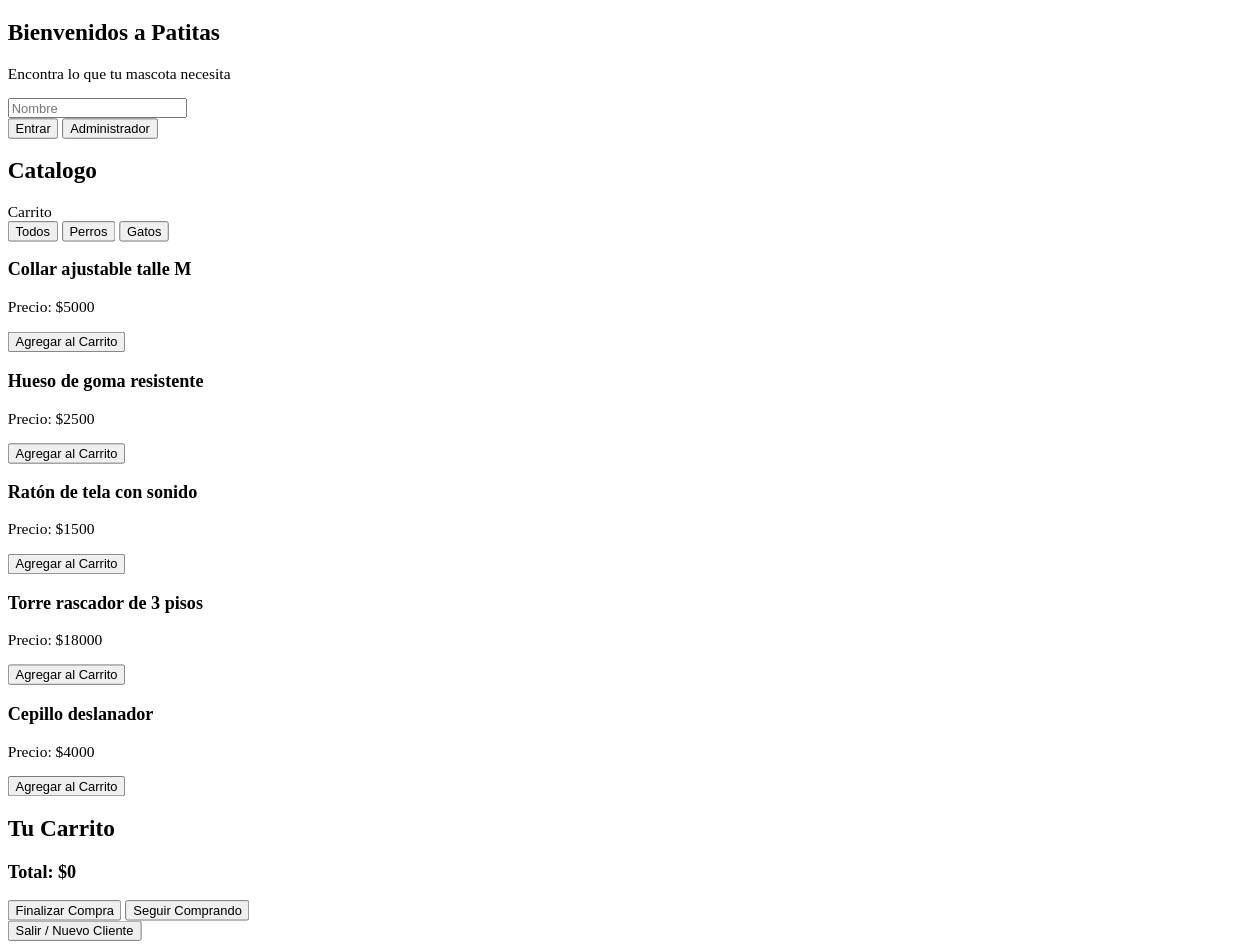
Repository: frank980-0/TP_Integrador_Progra_3
Page: public/index.html
The author's editor kept a copy of each file at every save. The page is drawn from the files as they stood at one save, then again after a run of saves.
The browser window is 1280 px wide. The pictures show the whole page, at 97% of full size.

Above is the page before, as saved 2026-05-30 00:14:23.

After the next 2 saves:
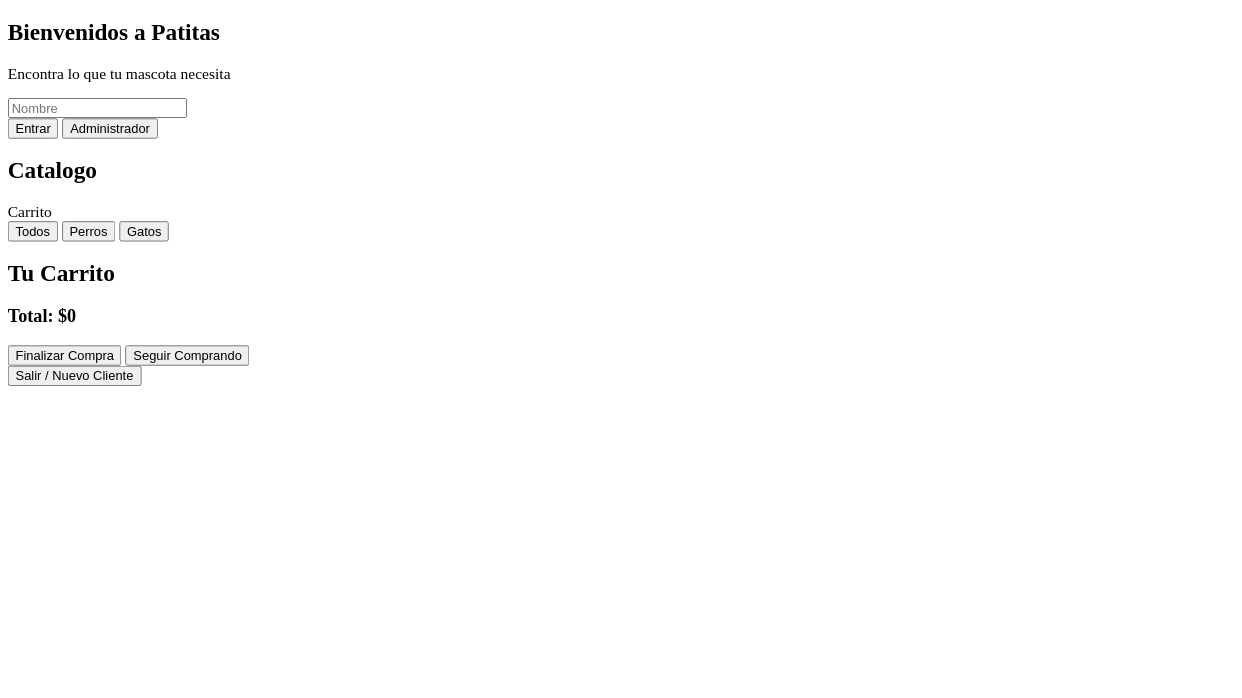
Console error: SyntaxError: Identifier 'mostrarPantalla' has already been declared
The 2 saves are shown as one change because they came seconds apart.
The last was saved 80 s later.
--- a/public/js/main.js
+++ b/public/js/main.js
@@ -2,6 +2,41 @@
 import { renderizarProductos, productosDb } from './pantallaProductos.js';
 import {  } from './pantallaCarrito.js';
 import {  } from './pantallaTicket.js';
+
+// En tu main.js
+
+// 1. Capturamos todas las secciones
+const secciones = {
+  bienvenida: document.getElementById('pantalla-bienvenida'),
+  catalogo: document.getElementById('pantalla-catalogo'),
+  carrito: document.getElementById('pantalla-carrito')
+};
+
+// 2. Función maestra para cambiar pantallas
+export function mostrarPantalla(pantallaDeseada) {
+  // Primero, le ponemos la clase "oculta" a TODAS
+  Object.values(secciones).forEach(seccion => {
+    seccion.classList.add('oculta');
+  });
+
+  // Segundo, se la sacamos SOLO a la que queremos ver
+  secciones[pantallaDeseada].classList.remove('oculta');
+}
+
+// 3. Asignamos los eventos a los botones de navegación
+document.getElementById('btn-entrar').addEventListener('click', () => {
+  // Acá podrías capturar el nombre del input y guardarlo en tu estado global antes de cambiar
+  mostrarPantalla('catalogo');
+});
+
+document.getElementById('btn-ver-carrito').addEventListener('click', () => {
+  mostrarPantalla('carrito');
+});
+
+document.getElementById('btn-seguir-comprando').addEventListener('click', () => {
+  mostrarPantalla('catalogo');
+});
+
 
 
 // --- ESTADO GLOBAL ---
